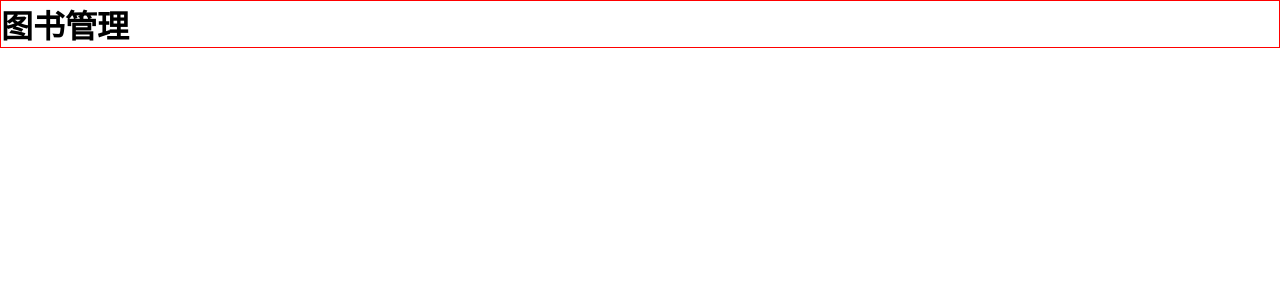
Repository: chenguocan/Vue_demo_1
Page: vue_demo_03/图书管理.html
The author's editor kept a copy of each file at every save. The page is drawn from the files as they stood at one save, then again after the next save.
The browser window is 1280 px wide. The pictures show the whole page.

Above is the page before, as saved 2020-07-21 15:55:07.

### vue_demo_03/图书管理.html
<!DOCTYPE html>
<html lang="en">
  <head>
    <meta charset="UTF-8" />
    <meta name="viewport" content="width=device-width, initial-scale=1.0" />
    <title>Document</title>
    <style>
      * {
        margin: 0;
        padding: 0;
        box-sizing: border-box;
      }
      .book {
        border: 1px solid red;
        padding: 0 auto;
      }
    </style>
  </head>
  <body>
    <div class="book">
      <h1>图书管理</h1>
    </div>
  </body>
  <script src="./js/vue.js"></script>
</html>

Loaded but not shown: vue_demo_03/js/vue.js (library)

After the next save:
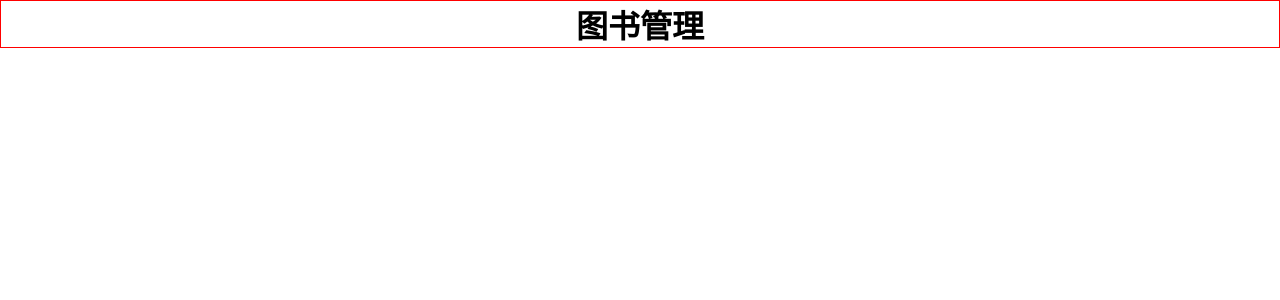
Saved 7 s later.
--- a/vue_demo_03/图书管理.html
+++ b/vue_demo_03/图书管理.html
@@ -12,7 +12,7 @@
       }
       .book {
         border: 1px solid red;
-        padding: 0 auto;
+        text-align: center;
       }
     </style>
   </head>
